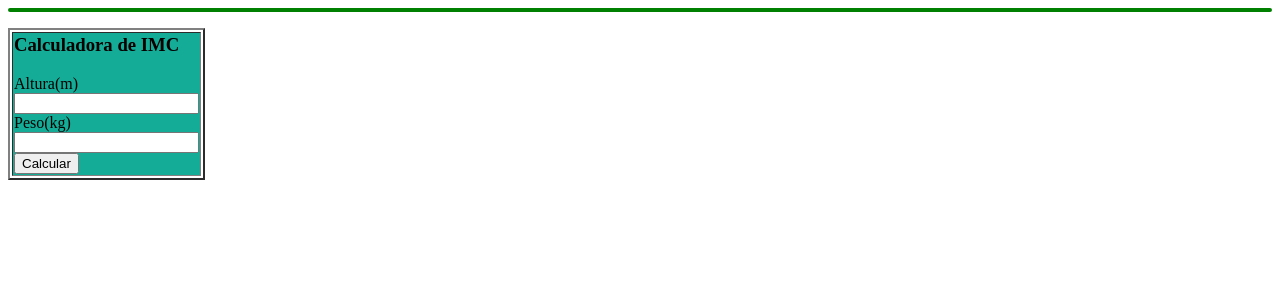
Repository: Patriciamativi/Projetos
Page: index.html
The author's editor kept a copy of each file at every save. The page is drawn from the files as they stood at one save, then again after a run of saves.
The browser window is 1280 px wide. The pictures show the whole page.

Above is the page before, as saved 2022-11-21 14:39:39.

### index.html
<html>
    <head>
        <title>Calculadora de IMC</title>
        <meta charset="utf-8"/>

        <style type="text/css">

            p {
                border: 2px solid green;
                border-radius: 5px;
            }
            td {

                background-color: rgb(20, 172, 151);
            }

        </style>
    </head>
    <p></p>
<table border="2">
    <body>
         <tr>
            <td><h3>Calculadora de IMC</h3>
            Altura(m)<br/>
            <input type: "number" > </br>
            Peso(kg)<br/>
            <input type: "number" > </br>
            <input type= "submit" value="Calcular"></td></tr>

    </table>
</body>
</html>

After the next 2 saves:
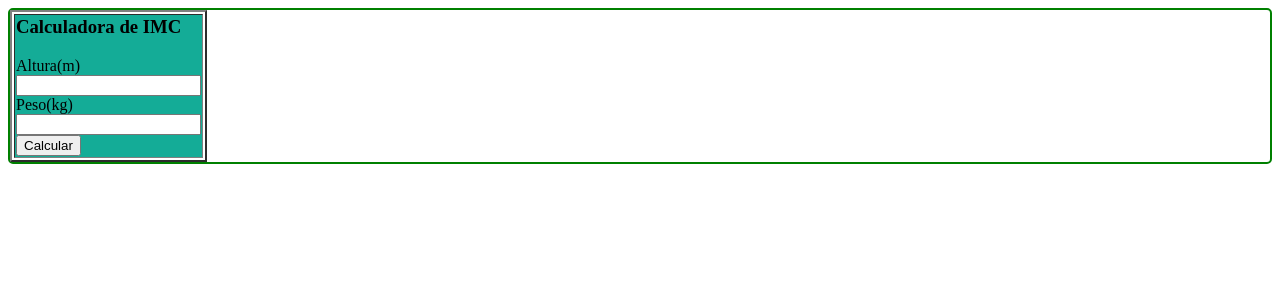
The 2 saves are shown as one change because they came seconds apart.
The last was saved 8 s later.
--- a/index.html
+++ b/index.html
@@ -16,7 +16,7 @@
 
         </style>
     </head>
-    <p></p>
+    <p>
 <table border="2">
     <body>
          <tr>
@@ -28,5 +28,6 @@
             <input type= "submit" value="Calcular"></td></tr>
 
     </table>
+</p>
 </body>
 </html>
